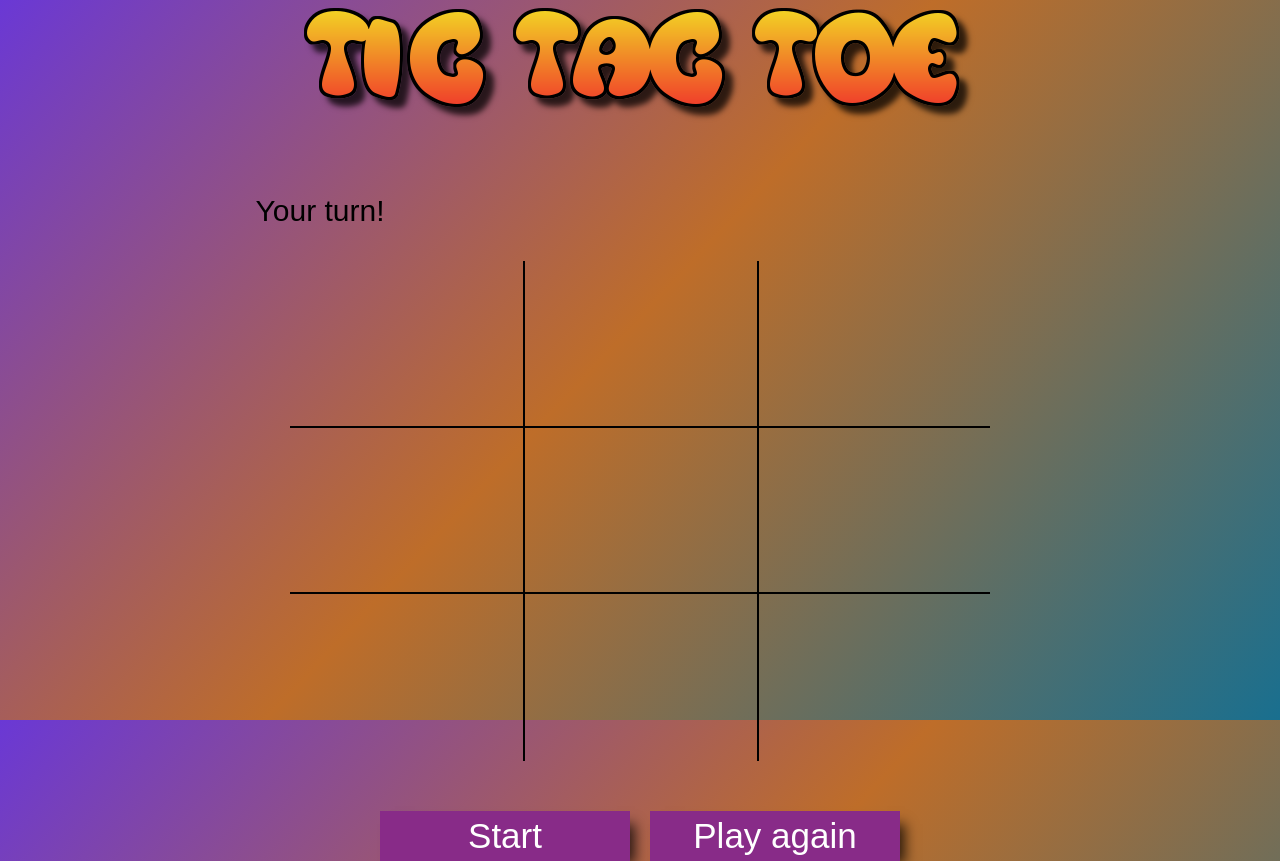
Repository: malx9/Project--5---Tic-Tac-Toe-with-AI
Page: index.html
An editor plug-in stored every save of this project. The page is shown before and after the next save, followed by the edit.
The browser window is 1280 px wide. The pictures show the whole page.
Some web fonts or font styles are not loaded; a fallback is used.

Above is the page before, as saved 2023-12-25 17:59:45.

### index.html
<!DOCTYPE html>
<html lang="en">
  <head>
    <meta charset="UTF-8" />
    <meta name="viewport" content="width=device-width, initial-scale=1.0" />
    <link rel="stylesheet" href="styles.css" />
    <title>Tic Tac Toe</title>
  </head>
  <body>
    <header>
      <img class="logo" src="images/logo.png" />
    </header>
    <main>
      <div class="current--player">
        <p>Your turn!</p>
      </div>
      <div class="game--board">
        <div class="square square-1"></div>
        <div class="square square-2"></div>
        <div class="square square-3"></div>
        <div class="square square-4"></div>
        <div class="square square-5"></div>
        <div class="square square-6"></div>
        <div class="square square-7"></div>
        <div class="square square-8"></div>
        <div class="square square-9"></div>
      </div>
      <div class="game--options">
        <button class="game--options__button game--options__start">
          Start
        </button>
        <button class="game--options__button game--options__play">
          Play again
        </button>
      </div>
    </main>
  </body>
</html>

### styles.css
@import url("https://fonts.googleapis.com/css2?family=Concert+One&display=swap");

html {
  height: 100%;
  margin: 0;
  font-family: "Concert One", sans-serif;
}

body {
  margin: 0;
  background: rgb(106, 56, 213);
  background: linear-gradient(
    133deg,
    rgba(106, 56, 213, 1) 0%,
    rgba(190, 109, 41, 1) 48%,
    rgba(25, 111, 143, 1) 100%
  );
}

.logo {
  display: block;
  margin-left: auto;
  margin-right: auto;
  margin-bottom: 30px;
}

.current--player {
  display: flex;
  justify-content: center;
  align-items: center;
  font-size: 30px;
  width: 50%;
  height: 100px;
}

.game--board {
  display: grid;
  grid-template-columns: repeat(3, 1fr);
  grid-template-rows: repeat(3, 1fr);
  width: 700px;
  height: 500px;
  margin: auto;
}

.square {
  background-color: transparent;
  border: 2px solid #000000;
  border-top: 0;
  border-right: 0;
}

.square-7,
.square-8,
.square-9 {
  border-bottom: 0;
}

.square-1,
.square-4,
.square-7 {
  border-left: 0;
}

.game--options {
  display: flex;
  justify-content: center;
  align-items: center;
  gap: 20px;
  margin-top: 50px;
}

.game--options__button {
  width: 250px;
  height: 50px;
  background-color: rgb(136, 43, 136);
  border-style: solid;
  border: 0;
  font-size: 35px;
  color: rgb(255, 255, 255);
  font-family: "Concert One", sans-serif;
  box-shadow: 10px 8px 12px -5px rgba(0, 0, 0, 0.75);
}

After the next save:
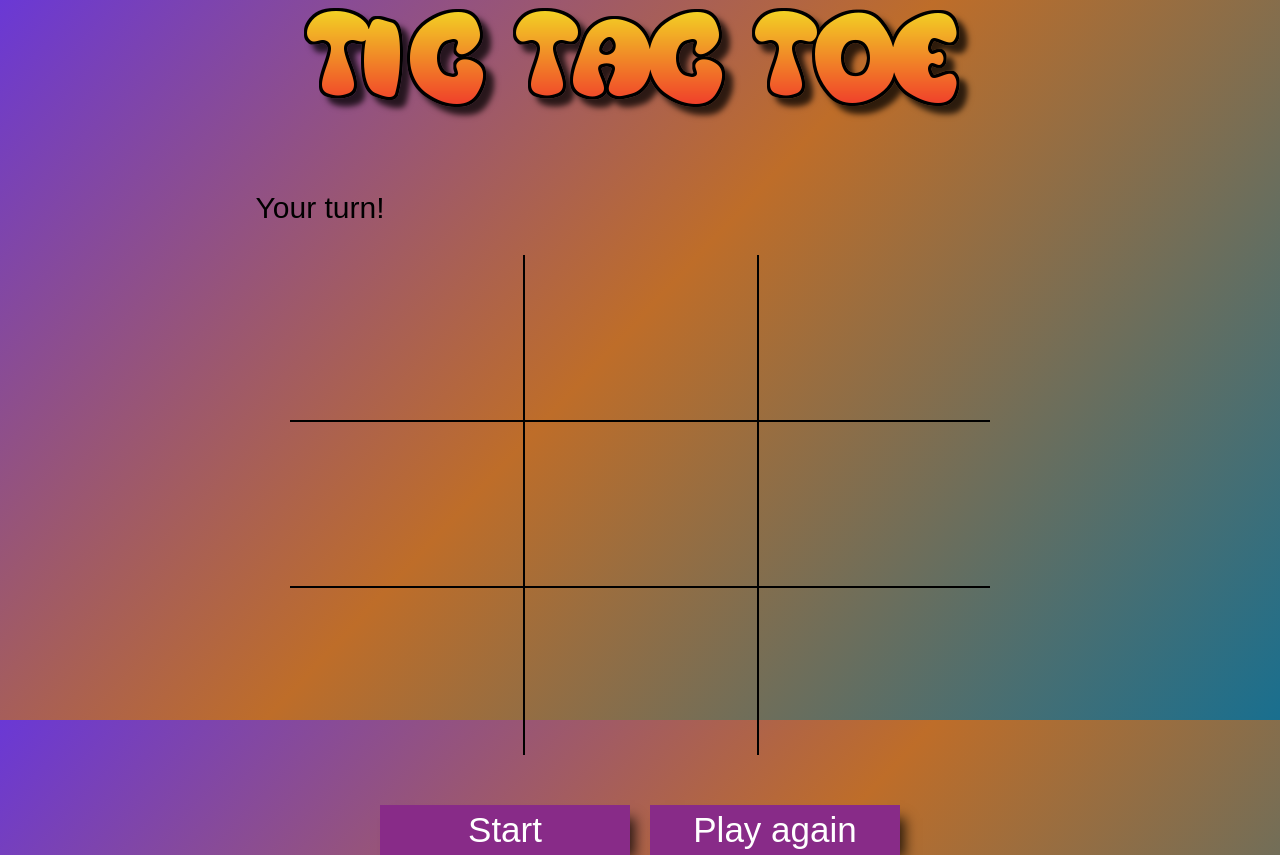
Saved 6 s later.
--- a/styles.css
+++ b/styles.css
@@ -30,7 +30,7 @@
   align-items: center;
   font-size: 30px;
   width: 50%;
-  height: 100px;
+  height: 50%px;
 }
 
 .game--board {

After the save that followed:
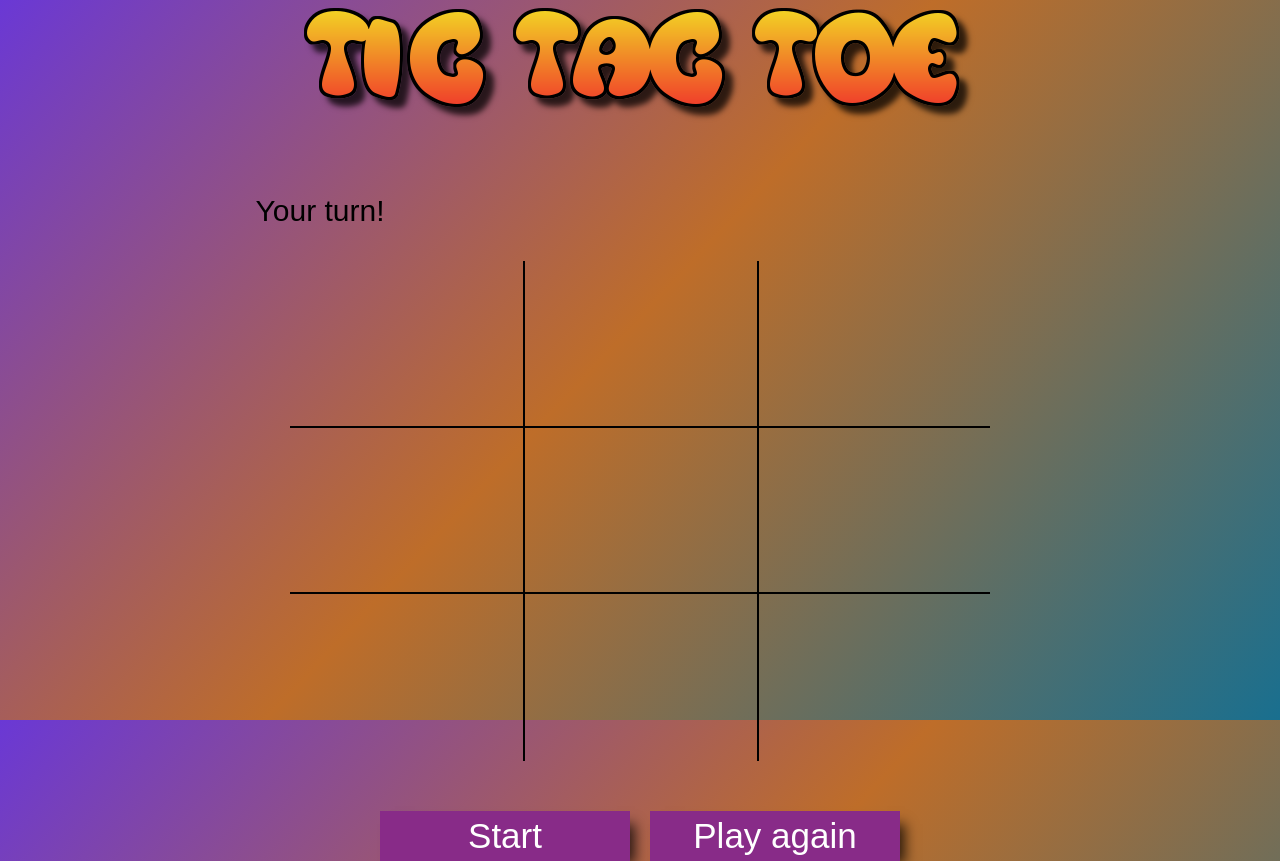
Saved 4 s later.
--- a/styles.css
+++ b/styles.css
@@ -30,7 +30,7 @@
   align-items: center;
   font-size: 30px;
   width: 50%;
-  height: 50%px;
+  height: 100px;
 }
 
 .game--board {
